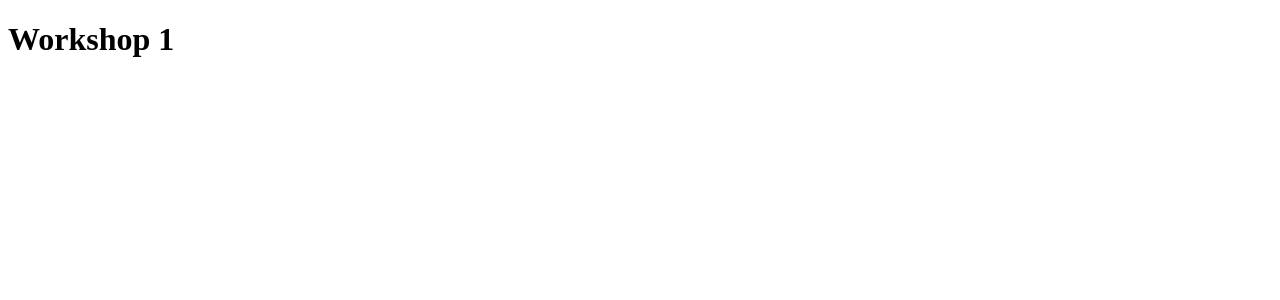
Repository: sawankapatu/vue-cli
Page: /
These files come from the project's save history. The page is drawn as it stood at one moment and after the next save; the edit follows.
The browser window is 1280 px wide. The pictures show the whole page.
The project was rebuilt for these pictures with package versions that can differ from the ones it lists, and the page was loaded fresh each time.

Above is the page before, as saved 2021-11-01 22:30:41.

After the next save:
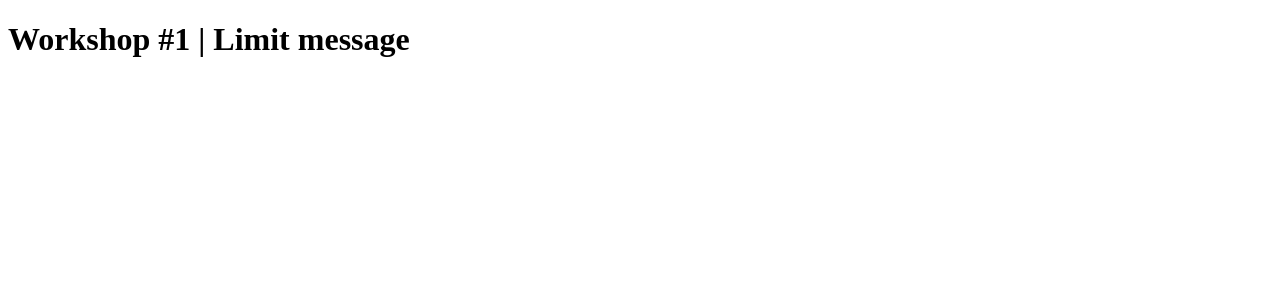
Saved 50 s later.
--- a/src/App.vue
+++ b/src/App.vue
@@ -1,6 +1,6 @@
 <template>
   <div id="app">
-    <h1>Workshop 1</h1>
+    <h1>Workshop #1 | Limit message</h1>
   </div>
 </template>
 
